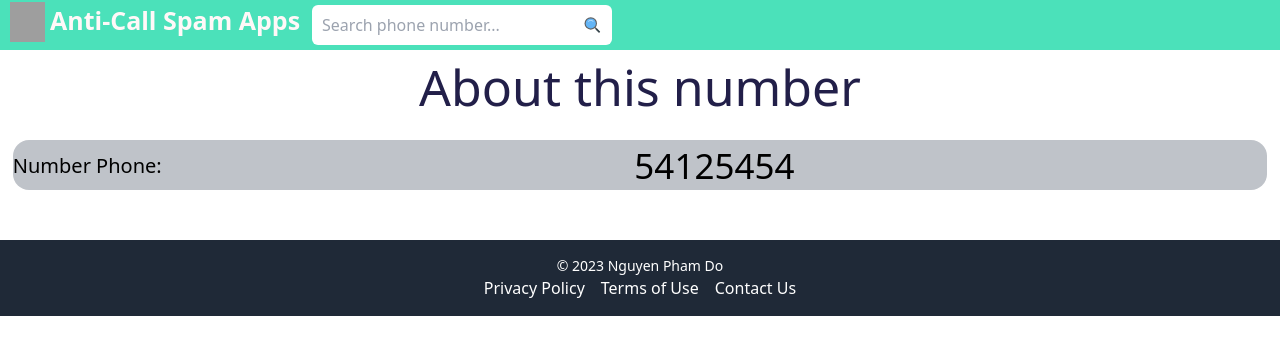
Repository: NPham1402/Web-user-callSpamBlocker
Page: /detail
These files come from the project's save history. The page is drawn as it stood at one moment and after the next save; the edit follows.
The browser window is 1280 px wide. The pictures show the whole page.
Pictures or frames that could not be fetched are drawn as grey boxes. The page's requests for data from a server got no answer. The project was rebuilt for these pictures with package versions that can differ from the ones it lists, and the page was loaded fresh each time. The framework's server and built-in components were replaced by stand-ins that run in the browser. No one was signed in, and anything a server would have sent is missing. Also part of the build but not shown: next.config.js.

Above is the page before, as saved 2023-02-13 15:10:43.

### pages/detail.js
import axios from "axios";
import Head from "next/head";
import { useRouter } from "next/router";
import React, { useEffect } from "react";
import { FcSearch } from "react-icons/fc";
function detail() {
  const router = useRouter();
  const {
    query: { id },
  } = router;
  useEffect(() => {
    axios.get("");
  }, []);
  return (
    <>
      {" "}
      <Head>
        <title>Check number spam</title>
        <meta name="description" content="Generated by create next app" />
        <meta name="viewport" content="width=device-width, initial-scale=1" />
        <link rel="icon" href="/favicon.ico" />
      </Head>
      <main className="relative">
        <div className="w-100 pl-[10px] pt-[2px] flex flex-row h-[50px] bg-[#4BE1BA]">
          <img
            src="https://static.callblocker.org/img/logo.png"
            className=" w-[35px] h-[40px]"
          />
          <p className="pl-[5px] pt-[6px] leading-none font-Raleway font-bold text-[25px] text-[#FFF8F8] ">
            Anti-Call Spam Apps
          </p>
          <div className="flex flex-row p-[10px] rounded-[6px]  w-[300px] h-[40px] ml-[12px] mt-[3px] bg-white">
            <input
              className="w-full h-full outline-none"
              placeholder="Search phone number..."
            />
            <FcSearch className="text-[20px] cursor-pointer" />
          </div>
        </div>
        <p className=" font-medium text-[50px] text-center text-[#221f49] ">
          About this number
        </p>
        <div className="w-[98%] my-[15px] rounded-[16px]  mx-auto h-[50px] bg-[#bfc3c9]">
          <div className="flex flex-row">
            <p className="text-[20px]  my-auto align-text-bottom">
              Number Phone:
            </p>
            <p className="text-[35px] m-auto">54125454</p>
          </div>
        </div>
      </main>
      <footer className="bg-gray-800 mt-[50px] text-white py-4">
        <div className="container mx-auto">
          <p className="text-center text-sm">&copy; 2023 Nguyen Pham Do</p>
          <div className="flex justify-center">
            <a href="#" className="text-white mx-2">
              Privacy Policy
            </a>
            <a href="#" className="text-white mx-2">
              Terms of Use
            </a>
            <a href="#" className="text-white mx-2">
              Contact Us
            </a>
          </div>
        </div>
      </footer>
    </>
  );
}

export default detail;

### styles/globals.css
@tailwind base;
@tailwind components;
@tailwind utilities;
@import url('https://fonts.googleapis.com/css2?family=Raleway:ital&display=swap');

Loaded but not shown: pages/_app.js (common file); pages/_document.js (common file); tailwind.config.js (common file)

After the next save:
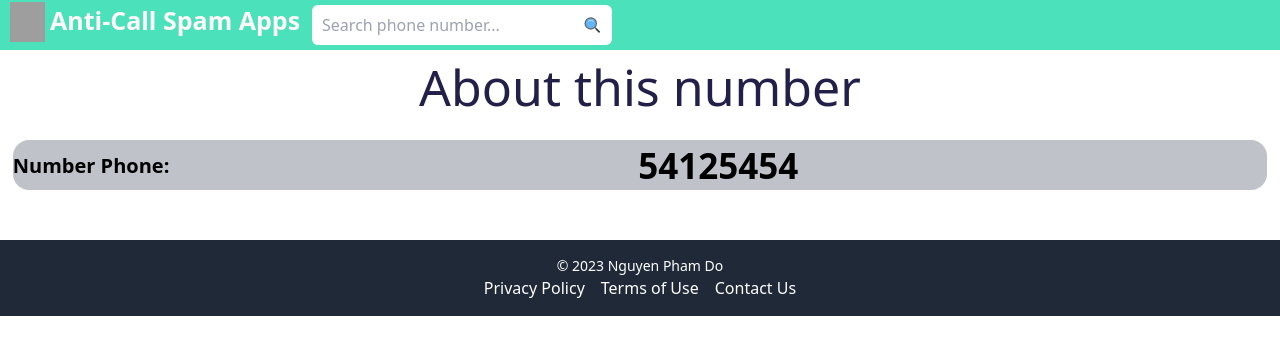
Saved 5 min 27 s later.
--- a/pages/detail.js
+++ b/pages/detail.js
@@ -42,10 +42,10 @@ function detail() {
         </p>
         <div className="w-[98%] my-[15px] rounded-[16px]  mx-auto h-[50px] bg-[#bfc3c9]">
           <div className="flex flex-row">
-            <p className="text-[20px]  my-auto align-text-bottom">
+            <p className="text-[20px] font-semibold  my-auto align-text-bottom">
               Number Phone:
             </p>
-            <p className="text-[35px] m-auto">54125454</p>
+            <p className="text-[35px] m-auto font-bold">54125454</p>
           </div>
         </div>
       </main>
